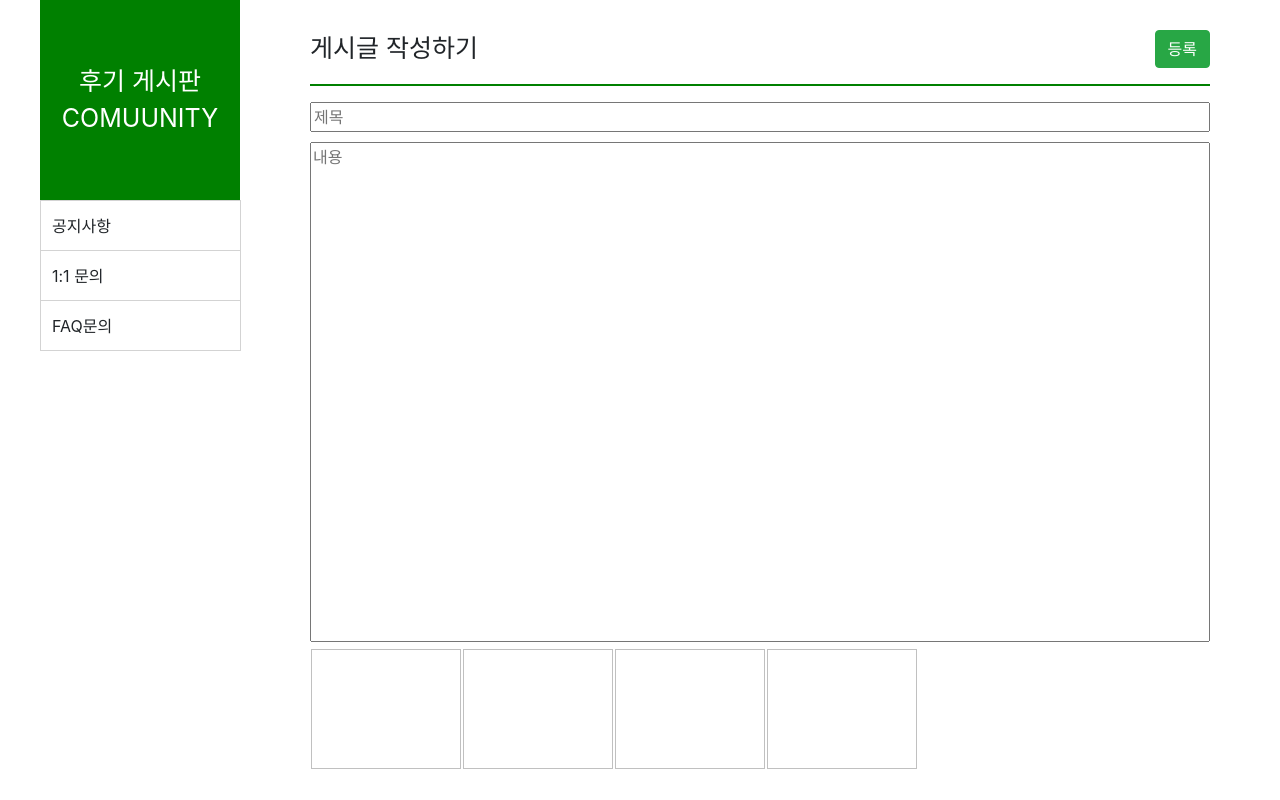
Repository: maru4737/semi
Page: http://localhost/Semi_Project/enroll.fd
The author's editor kept a copy of each file at every save. The page is drawn from the files as they stood at one save, then again after the next save.
The browser window is 1280 px wide. The pictures show the whole page.
The page is served by Tomcat 9. Other server files are loaded and not shown.

Above is the page before, as saved 2021-12-06 09:53:43.

### Semi_Project/WebContent/views/board/boardEnrollView.jsp
<%@ page language="java" contentType="text/html; charset=UTF-8"
	pageEncoding="UTF-8"%>
	<%String alertMsg = (String)session.getAttribute("alertMsg"); %>
<!DOCTYPE html>
<html>
<head>
<meta charset="UTF-8">
<meta http-equiv="X-UA-Compatible" content="IE=edge">
<meta name="viewport" content="width=device-width, initial-scale=1.0">
<title>자유게시판</title>
<!-- Latest compiled and minified CSS -->
<link rel="stylesheet"
	href="https://maxcdn.bootstrapcdn.com/bootstrap/4.5.2/css/bootstrap.min.css">

<!-- jQuery library -->
<script
	src="https://ajax.googleapis.com/ajax/libs/jquery/3.5.1/jquery.min.js"></script>

<!-- Popper JS -->
<script
	src="https://cdnjs.cloudflare.com/ajax/libs/popper.js/1.16.0/umd/popper.min.js"></script>

<!-- Latest compiled JavaScript -->
<script
	src="https://maxcdn.bootstrapcdn.com/bootstrap/4.5.2/js/bootstrap.min.js"></script>

<style>
.wrap {
	width: 1200px;
	margin: 0px auto;
}

#header {
	width: 100%;
	height: 200px;
}

#board-side {
	float: left;
	width: 20%;
}

#board-title {
	width: 200px;
	height: 200px;
	background: green;
	font-size: 25px;
	font-display: none;
	text-decoration: none;
	text-align: center;
	color: white;
	text-align: center;
	display: table-cell;
	vertical-align: middle;
}

#board-center {
	float: left;
	padding: 30px;
	width: 80%;
}

.hr1 {
	border: 0;
	height: 2px;
	background: green;
}

.table-side td {
	border: 1px solid lightgrey;
	width: 200px;
	height: 50px;
	text-indent: 10px;
	text-align: left;
}

.table-side tr:hover {
	color: green;
}

#board-center-header>span {
	font-size: 25px;
}

#title {
	width: 100%;
	resize: none;
	margin-bottom: 10px;
}

#content {
	width: 100%;
	height: 500px;
	resize: none;
}

.input-file {
	margin: 10px 0px;
}
</style>
</head>

<body>
	<div class="wrap">

		<form action="/javajo/insert.fb" id="enroll-form" method="post"
			enctype="multipart/form-data">

			<input type="hidden" name="userNo" value="1">

			<div id="board-body">
				<div id="board-side">
					<div id="board-title" onclick="location.href=''"
						style="cursor: pointer;">
						<span>후기 게시판</span><br>COMUUNITY
					</div>
					<table class="table-side">
						<tr>
							<td>공지사항</td>
						</tr>
						<tr>
							<td>1:1 문의</td>
						</tr>
						<tr>
							<td>FAQ문의</td>
						</tr>
					</table>
				</div>
				<div id="board-center">
					<div id="board-center-header">
						<span>게시글 작성하기</span>
						<button type="submit" class="btn btn-success"
							style="float: right;" name="submit">등록</button>
					</div>
					<hr class="hr1">
					<div id="in_title">
						<input type="text" name="title" id="title" placeholder="제목"
							required>
					</div>

					<div id="in_content">
						<textarea name="content" id="content" placeholder="내용" required></textarea>
					</div>

					<!-- 미리보기 영역-->
					<table>

						<tr>
							<td><img id="titleImg" width="150" height="120" ></td>
							<td><img id="contentImg1" width="150" height="120"></td>
							<td><img id="contentImg2" width="150" height="120"></td>
							<td><img id="contentImg3" width="150" height="120"></td>
						</tr>
					</table>


					<div id="file-area">
						<input type="file" id="file1" name="file1" onchange="loadImg(this,1)" required>
						<input type="file" id="file2" name="file2" onchange="loadImg(this,2)">
						<input type="file" id="file3" name="file3" onchange="loadImg(this,3)">
						<input type="file" id="file4" name="file4" onchange="loadImg(this,4)">
					</div>

					<script>
						$(function() {

							$("#file-area").hide();

							$("#titleImg").click(function() {
								$("#file1").click();
							});

							$("#contentImg1").click(function() {
								$("#file2").click();
							})
							$("#contentImg2").click(function() {
								$("#file3").click();
							})
							$("#contentImg3").click(function() {
								$("#file4").click();
							})
						});

						function loadImg(inputFile, num) {

							// inputFile : 현재 변화가 생긴 <input type="file"> 요소 객체
							// num : 몇번째 input 요소인지 확인 후 그 해당 영역에 미리보기 하기 위한 변수

							console.log(inputFile.files.length);
							// inputFile.files.length : 파일 선택 시 1, 파일 선택 취소 시 0이 찍힘
							// => 파일의 존재 유무를 알 수 있다.

							// files 속성 " 업로드된 파일의 정보들을 배열 형식으로 여러개 묶어서 반환"

							if (inputFile.files.length == 1) { // 파일이 있는 경우

								// 선택된 파일을 읽어들여서 그 영역에 맞는 곳에 미리보기

								// 파일을 읽어들일 FileReader 객체 생성
								var reader = new FileReader();

								// FileReader 객체로부터 파일을 읽어들이는 메소드를 호출
								// 어느 파일을 읽어들일건지 매개변수로 제시해야함 !!
								// 0번 인덱스에 담긴 파일 정보를 제시
								reader.readAsDataURL(inputFile.files[0]);
								// => 해당 파일을 읽어들이는 순간
								//    해당 그 파일만의 고유한 url 이 부여됨
								// => 해당 url 을 src 속성으로 부여할것 !

								// 파일 읽기가 완료되었을 때 실행할 함수를 정의
								reader.onload = function(e) {
									// e의 target => e.target => 이벤트 당한 객체 (this)

									// e 의 target.result 에 각 파일의 url 이 담긴다.
									// e.target.result == this.result

									// 각 영역에 맞춰서 이미지 미리보기
									switch (num) {
									case 1:
										$("#titleImg").attr("src", e.target.result);
										break;
									case 2:
										$("#contentImg1").attr("src", e.target.result);
										break;
									case 3:
										$("#contentImg2").attr("src", e.target.result);
										break;
									case 4:
										$("#contentImg3").attr("src", e.target.result);
										break;
									}
								};

							} else { // 파일이 없는 경우
								// 미리보기 사라지게 하기
								// src=null 을 담아서 사라지게 할 것

								switch (num) {
								case 1:
									$("#titleImg").attr("src", null);
									break;
								case 2:
									$("#contentImg1").attr("src", null);
									break;
								case 3:
									$("#contentImg2").attr("src", null);
									break;
								case 4:
									$("#contentImg3").attr("src", null);
									break;
								}

							}

						}
					</script>

				</div>
			</div>
		</form>
	</div>
</body>

</html>

### Semi_Project/src/com/kh/f_board/controller/F_boardEnrollController.java
package com.kh.f_board.controller;

import java.io.IOException;
import javax.servlet.ServletException;
import javax.servlet.annotation.WebServlet;
import javax.servlet.http.HttpServlet;
import javax.servlet.http.HttpServletRequest;
import javax.servlet.http.HttpServletResponse;

/**
 * Servlet implementation class F_boardEnrollController
 */
@WebServlet("/enroll.fd")
public class F_boardEnrollController extends HttpServlet {
	private static final long serialVersionUID = 1L;

    /**
     * @see HttpServlet#HttpServlet()
     */
    public F_boardEnrollController() {
        super();
        // TODO Auto-generated constructor stub
    }

	/**
	 * @see HttpServlet#doGet(HttpServletRequest request, HttpServletResponse response)
	 */
	protected void doGet(HttpServletRequest request, HttpServletResponse response) throws ServletException, IOException {

		request.getRequestDispatcher("views/board/boardEnrollView.jsp").forward(request, response);

	}

	/**
	 * @see HttpServlet#doPost(HttpServletRequest request, HttpServletResponse response)
	 */
	protected void doPost(HttpServletRequest request, HttpServletResponse response) throws ServletException, IOException {
		// TODO Auto-generated method stub
		doGet(request, response);
	}

}

After the next save:
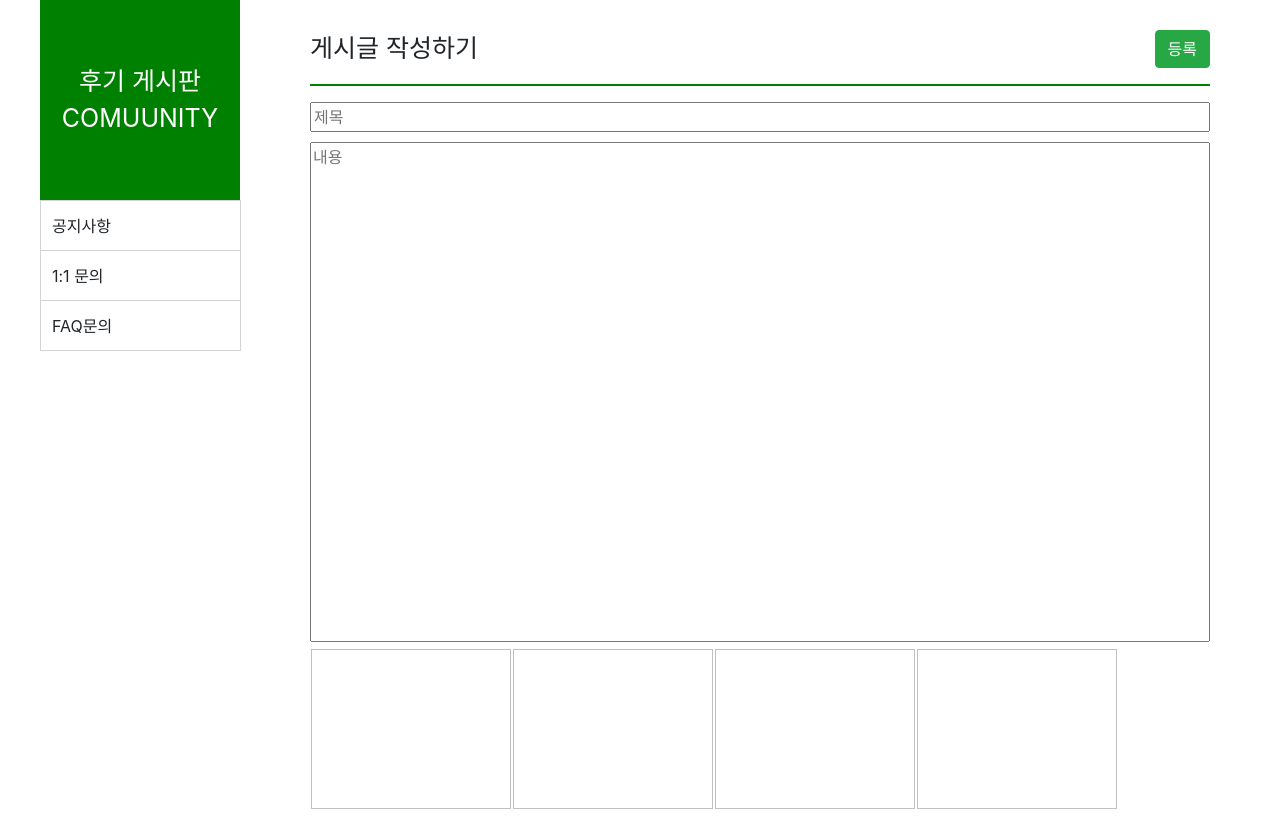
Saved 24 s later.
--- a/Semi_Project/WebContent/views/board/boardEnrollView.jsp
+++ b/Semi_Project/WebContent/views/board/boardEnrollView.jsp
@@ -146,10 +146,10 @@
 					<table>
 
 						<tr>
-							<td><img id="titleImg" width="150" height="120" ></td>
-							<td><img id="contentImg1" width="150" height="120"></td>
-							<td><img id="contentImg2" width="150" height="120"></td>
-							<td><img id="contentImg3" width="150" height="120"></td>
+							<td><img id="titleImg" width="200" height="160" ></td>
+							<td><img id="contentImg1" width="200" height="160"></td>
+							<td><img id="contentImg2" width="200" height="160"></td>
+							<td><img id="contentImg3" width="200" height="160"></td>
 						</tr>
 					</table>
 
